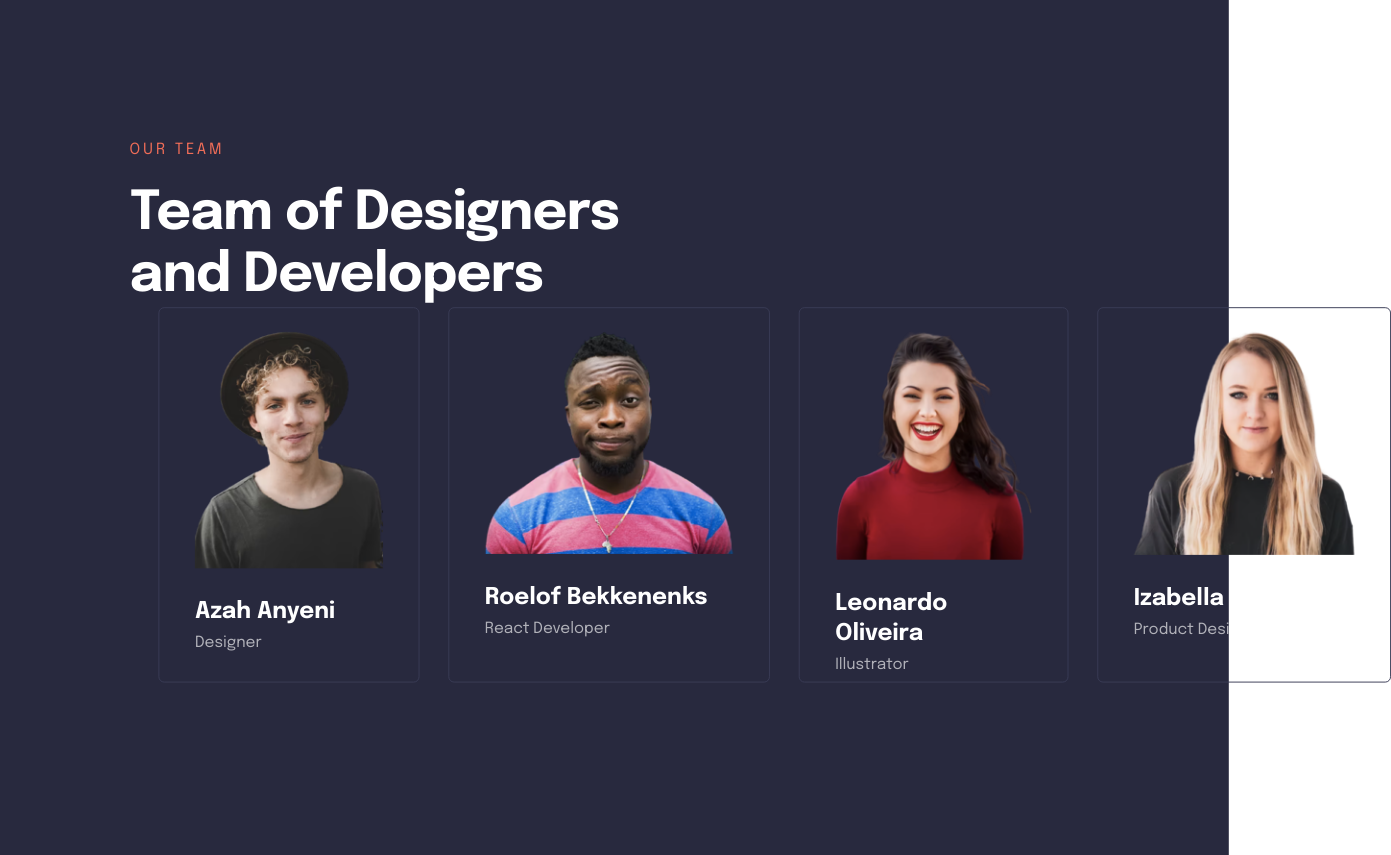
Repository: FaridRustamov09/task13
Page: index.html
The author's editor kept a copy of each file at every save. The page is drawn from the files as they stood at one save, then again after a run of saves.
The browser window is 1280 px wide. The page is 1449 px wide, so the pictures cover 1449 px, including what lies to the right of the window. The pictures show the whole page, at 96% of full size.

Above is the page before, as saved 2023-11-27 18:58:44.

After the next 2 saves:
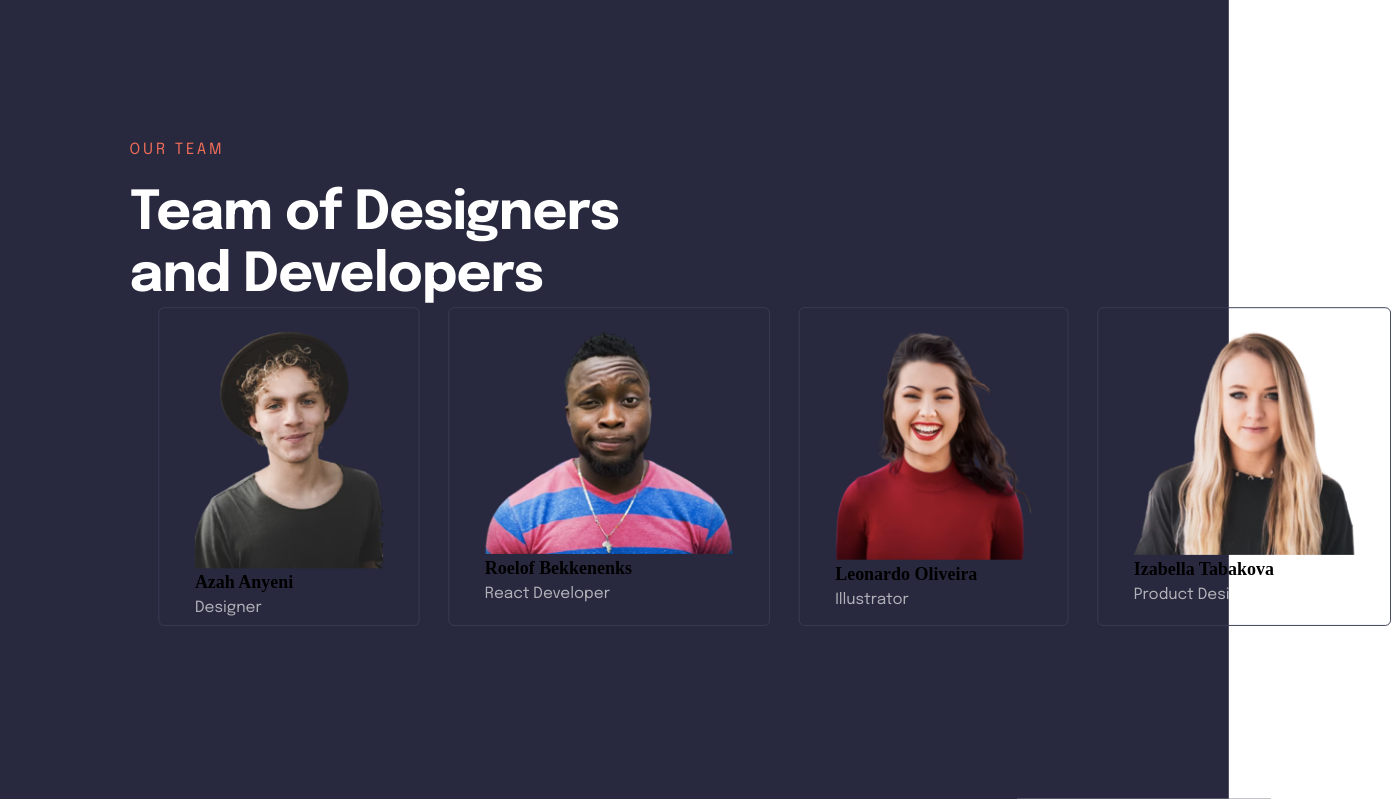
The 2 saves are shown as one change because they came seconds apart.
The last was saved 6 s later.
--- a/index.css
+++ b/index.css
@@ -40,7 +40,7 @@
   border-radius: 6px;
   border: 1px solid #3a3c56;
 }
-
+.box img:fir
 
 .box-container .box h3 {
   padding-top: 26px;

After the save that followed:
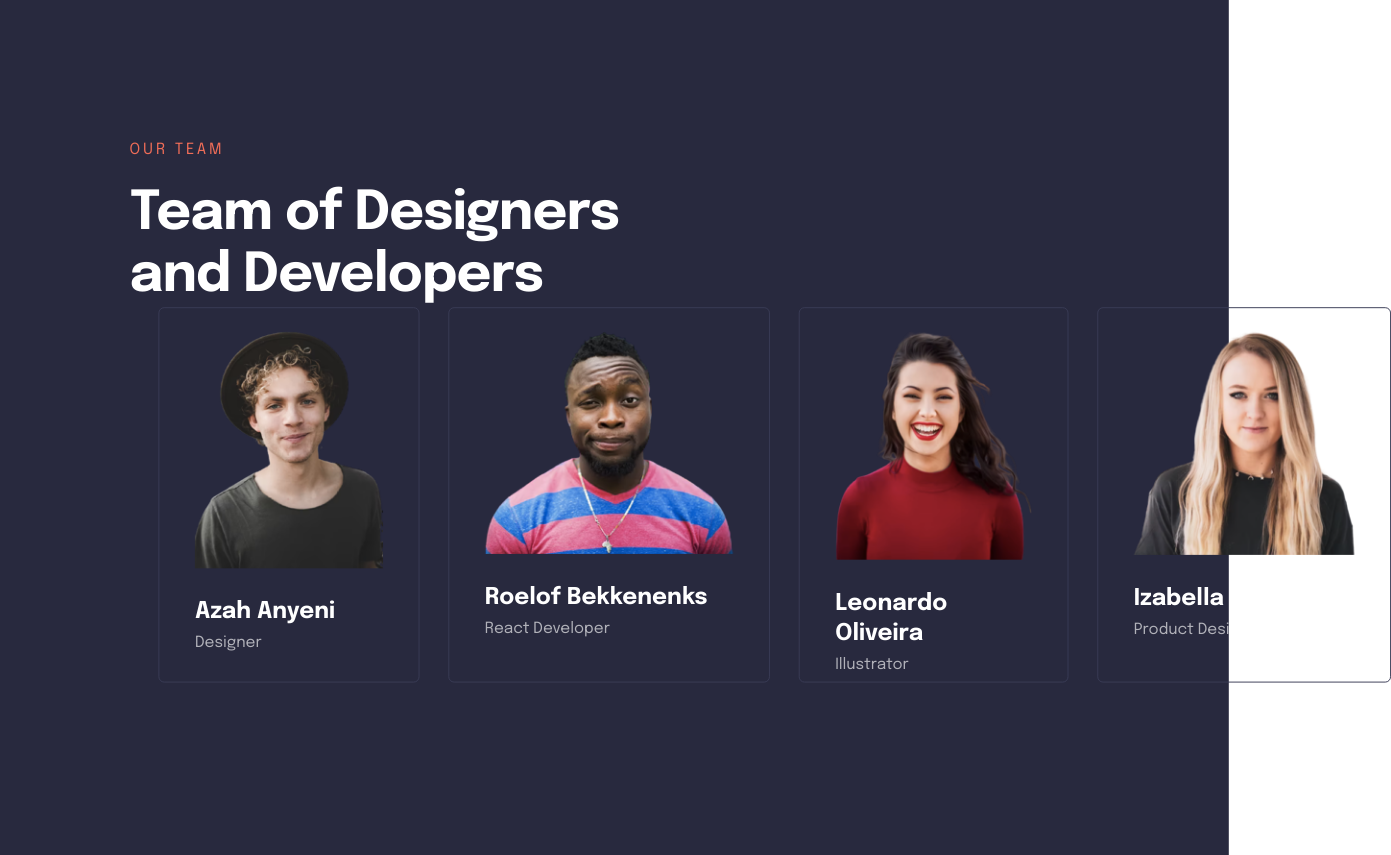
Saved 9 s later.
--- a/index.css
+++ b/index.css
@@ -40,7 +40,9 @@
   border-radius: 6px;
   border: 1px solid #3a3c56;
 }
-.box img:fir
+img:first-child{
+
+}
 
 .box-container .box h3 {
   padding-top: 26px;
